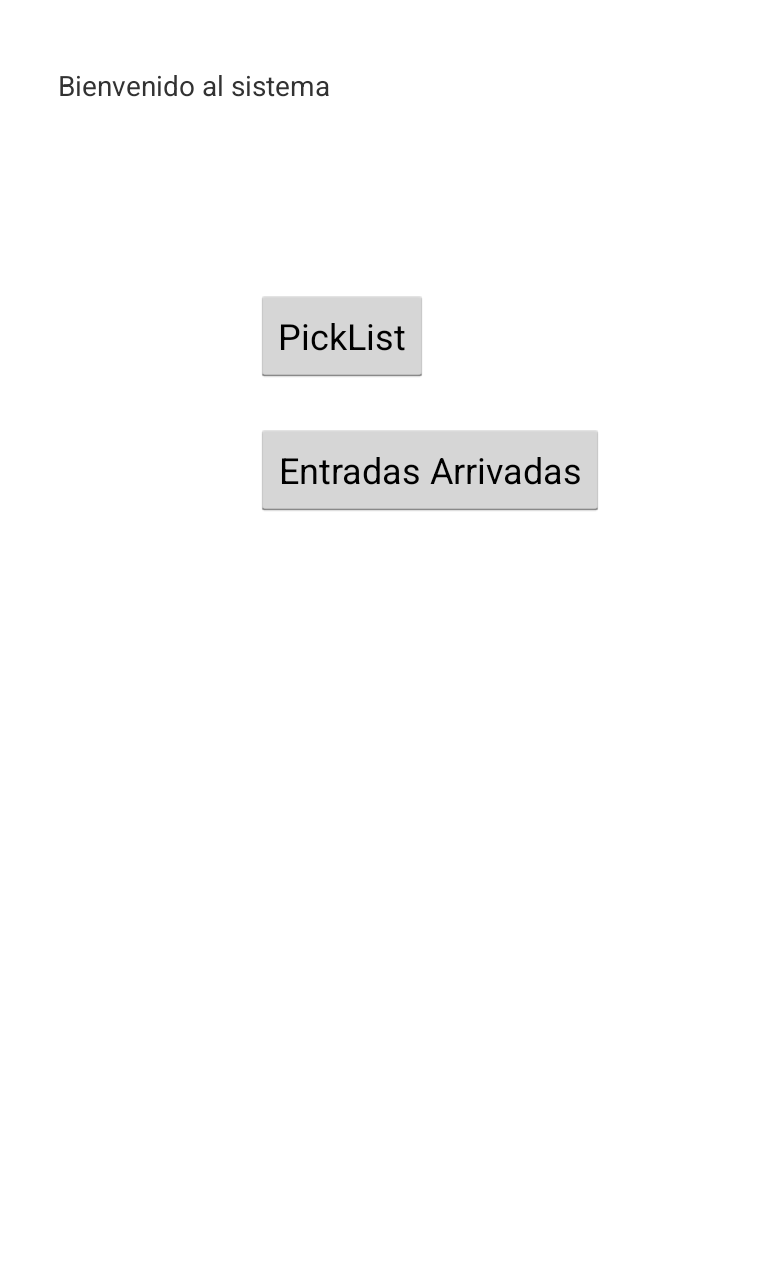
Repository: moynard/PeanutAndroid
Layout: WHSStorekeeper/res/layout/menu_activity.xml
An editor plug-in stored every save of this project. The layout is shown before and after the next save, followed by the edit.
It is drawn on a 768 x 1280 px phone screen (xhdpi) without system bars, with theme AppTheme; the app's code is not run.

Above is the layout before, as saved 2013-07-20 00:18:57.

### WHSStorekeeper/res/layout/menu_activity.xml
<?xml version="1.0" encoding="utf-8"?>
<RelativeLayout xmlns:android="http://schemas.android.com/apk/res/android"
    android:layout_width="match_parent"
    android:layout_height="match_parent" >

    <TextView
        android:id="@+id/txtNombre"
        android:layout_width="wrap_content"
        android:layout_height="wrap_content"
        android:layout_alignParentLeft="true"
        android:layout_alignParentTop="true"
        android:layout_marginLeft="29dp"
        android:layout_marginTop="33dp"
        android:text="Bienvenido al sistema" />

    <TextView
        android:id="@+id/usermail"
            	android:singleLine="true"

        android:layout_width="wrap_content"
        android:layout_height="wrap_content"
        android:layout_alignRight="@+id/txtNombre"
        android:layout_below="@+id/txtNombre"
        android:layout_marginRight="38dp"
        android:layout_marginTop="16dp"
      />

    <Button
        android:id="@+id/ArrivdadosBtn"
        android:layout_width="wrap_content"
        android:layout_height="wrap_content"
        android:layout_alignLeft="@+id/usermail"
        android:layout_below="@+id/usermail"
        android:layout_marginTop="124dp"
        android:text="Entradas Arrivadas" />

    <Button
        android:id="@+id/picklistBtn"
        android:layout_width="wrap_content"
        android:layout_height="wrap_content"
        android:layout_alignLeft="@+id/ArrivdadosBtn"
        android:layout_below="@+id/usermail"
        android:layout_marginTop="57dp"
        android:text="PickList" />

</RelativeLayout>

Loaded but not shown: WHSStorekeeper/res/values/styles.xml (common file); WHSStorekeeper/res/values-v11/styles.xml (common file); WHSStorekeeper/res/values-v14/styles.xml (common file)

After the next save:
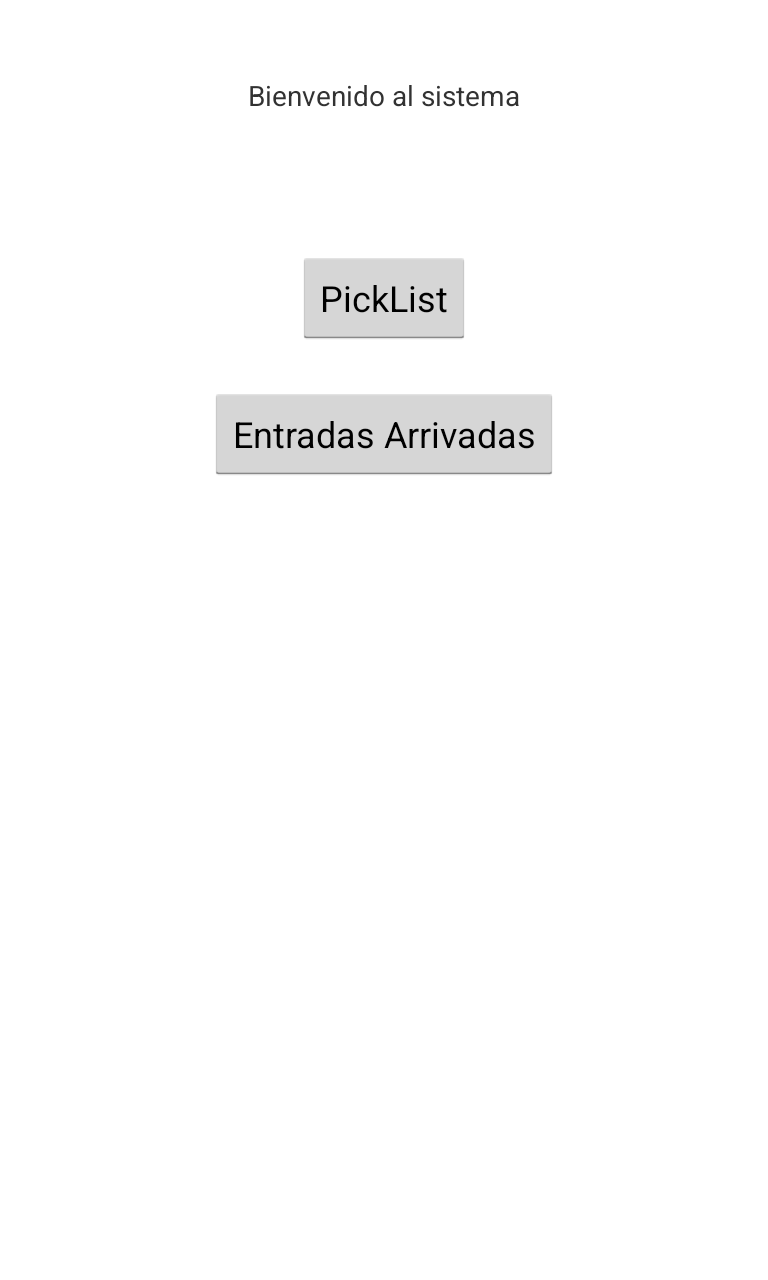
Saved 32 s later.
--- a/WHSStorekeeper/res/layout/menu_activity.xml
+++ b/WHSStorekeeper/res/layout/menu_activity.xml
@@ -7,40 +7,36 @@
         android:id="@+id/txtNombre"
         android:layout_width="wrap_content"
         android:layout_height="wrap_content"
-        android:layout_alignParentLeft="true"
         android:layout_alignParentTop="true"
-        android:layout_marginLeft="29dp"
-        android:layout_marginTop="33dp"
+        android:layout_centerHorizontal="true"
+        android:layout_marginTop="38dp"
         android:text="Bienvenido al sistema" />
 
-    <TextView
-        android:id="@+id/usermail"
-            	android:singleLine="true"
-
+    <Button
+        android:id="@+id/picklistBtn"
         android:layout_width="wrap_content"
         android:layout_height="wrap_content"
-        android:layout_alignRight="@+id/txtNombre"
-        android:layout_below="@+id/txtNombre"
-        android:layout_marginRight="38dp"
-        android:layout_marginTop="16dp"
-      />
+        android:layout_below="@+id/usermail"
+        android:layout_centerHorizontal="true"
+        android:layout_marginTop="32dp"
+        android:text="PickList" />
 
     <Button
         android:id="@+id/ArrivdadosBtn"
         android:layout_width="wrap_content"
         android:layout_height="wrap_content"
-        android:layout_alignLeft="@+id/usermail"
-        android:layout_below="@+id/usermail"
-        android:layout_marginTop="124dp"
+        android:layout_below="@+id/picklistBtn"
+        android:layout_centerHorizontal="true"
+        android:layout_marginTop="20dp"
         android:text="Entradas Arrivadas" />
 
-    <Button
-        android:id="@+id/picklistBtn"
+    <TextView
+        android:id="@+id/usermail"
         android:layout_width="wrap_content"
         android:layout_height="wrap_content"
-        android:layout_alignLeft="@+id/ArrivdadosBtn"
-        android:layout_below="@+id/usermail"
-        android:layout_marginTop="57dp"
-        android:text="PickList" />
+        android:layout_below="@+id/txtNombre"
+        android:layout_centerHorizontal="true"
+        android:layout_marginTop="17dp"
+        android:singleLine="true" />
 
 </RelativeLayout>

After the save that followed:
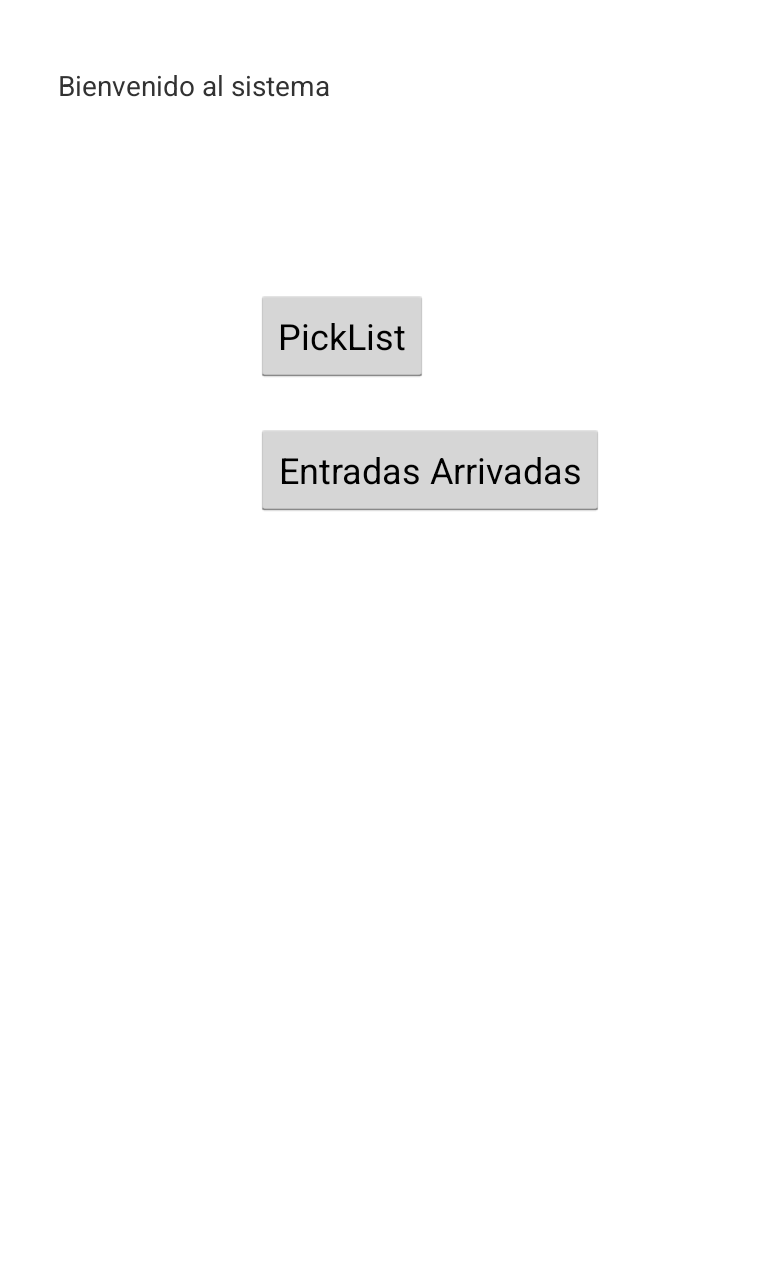
Saved 3 min 21 s later.
--- a/WHSStorekeeper/res/layout/menu_activity.xml
+++ b/WHSStorekeeper/res/layout/menu_activity.xml
@@ -7,36 +7,38 @@
         android:id="@+id/txtNombre"
         android:layout_width="wrap_content"
         android:layout_height="wrap_content"
+        android:layout_alignParentLeft="true"
         android:layout_alignParentTop="true"
-        android:layout_centerHorizontal="true"
-        android:layout_marginTop="38dp"
+        android:layout_marginLeft="29dp"
+        android:layout_marginTop="33dp"
         android:text="Bienvenido al sistema" />
+
+    <TextView
+        android:id="@+id/usermail"
+        android:layout_width="wrap_content"
+        android:layout_height="wrap_content"
+        android:layout_alignRight="@+id/txtNombre"
+        android:layout_below="@+id/txtNombre"
+        android:layout_marginRight="38dp"
+        android:layout_marginTop="16dp"
+      />
+
+    <Button
+        android:id="@+id/ArrivdadosBtn"
+        android:layout_width="wrap_content"
+        android:layout_height="wrap_content"
+        android:layout_alignLeft="@+id/usermail"
+        android:layout_below="@+id/usermail"
+        android:layout_marginTop="124dp"
+        android:text="Entradas Arrivadas" />
 
     <Button
         android:id="@+id/picklistBtn"
         android:layout_width="wrap_content"
         android:layout_height="wrap_content"
+        android:layout_alignLeft="@+id/ArrivdadosBtn"
         android:layout_below="@+id/usermail"
-        android:layout_centerHorizontal="true"
-        android:layout_marginTop="32dp"
+        android:layout_marginTop="57dp"
         android:text="PickList" />
 
-    <Button
-        android:id="@+id/ArrivdadosBtn"
-        android:layout_width="wrap_content"
-        android:layout_height="wrap_content"
-        android:layout_below="@+id/picklistBtn"
-        android:layout_centerHorizontal="true"
-        android:layout_marginTop="20dp"
-        android:text="Entradas Arrivadas" />
-
-    <TextView
-        android:id="@+id/usermail"
-        android:layout_width="wrap_content"
-        android:layout_height="wrap_content"
-        android:layout_below="@+id/txtNombre"
-        android:layout_centerHorizontal="true"
-        android:layout_marginTop="17dp"
-        android:singleLine="true" />
-
 </RelativeLayout>
